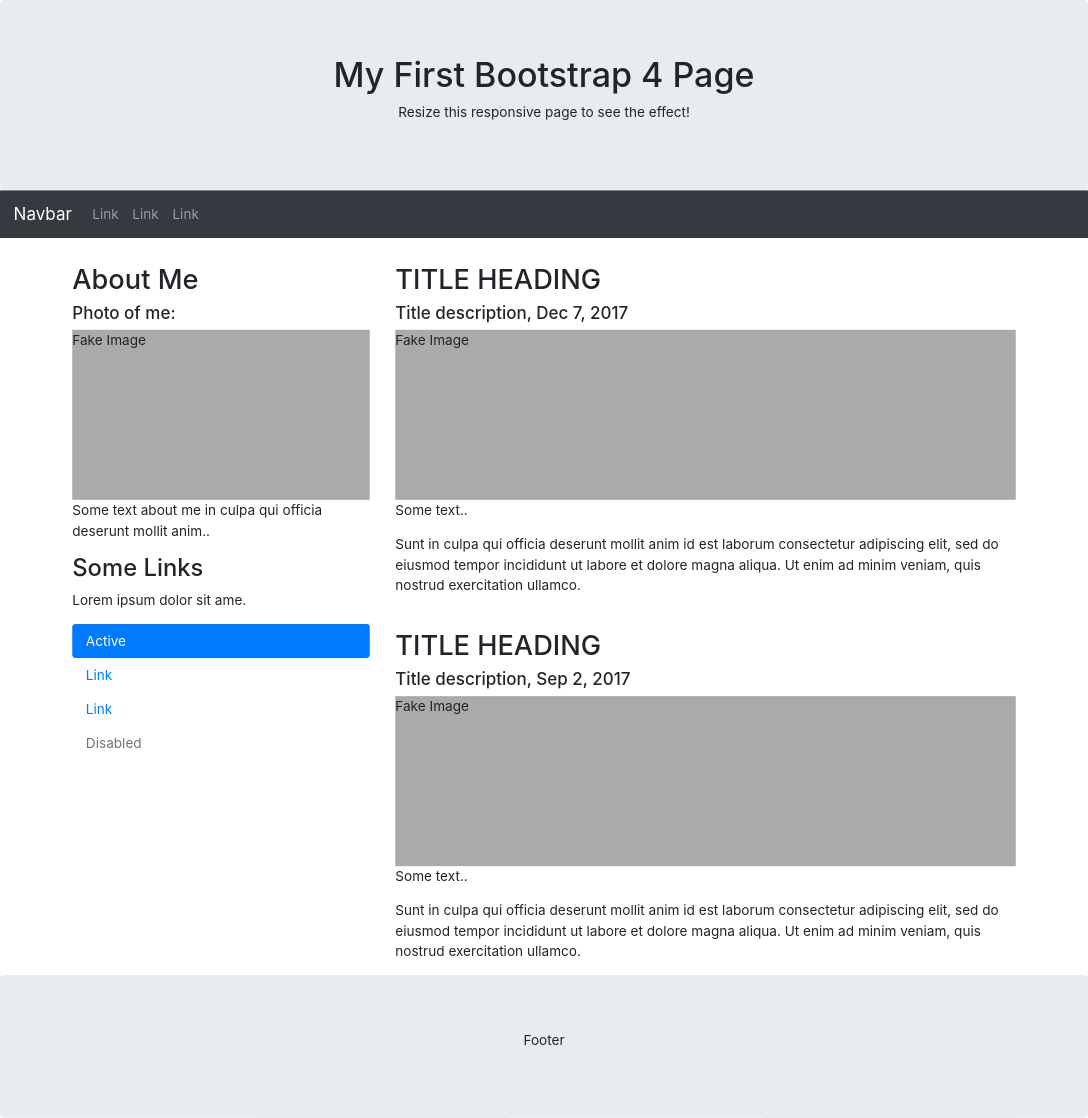
Repository: MVaishnavi27/cognizant
Page: BootstrapMain/WebContent/bootstrap/TemplateBS.html
The author's editor kept a copy of each file at every save. The page is drawn from the files as they stood at one save, then again after the next save.
The browser window is 1280 px wide. The pictures show the whole page, at 85% of full size.

Above is the page before, as saved 2020-01-18 10:56:44.

### BootstrapMain/WebContent/bootstrap/TemplateBS.html
<!DOCTYPE html>
<html lang="en">
<head>
  <title>Bootstrap 4 Website Example</title>
  <meta charset="utf-8">
  <meta name="viewport" content="width=device-width, initial-scale=1">
  <link rel="stylesheet" href="https://maxcdn.bootstrapcdn.com/bootstrap/4.4.1/css/bootstrap.min.css">
  <script src="https://ajax.googleapis.com/ajax/libs/jquery/3.4.1/jquery.min.js"></script>
  <script src="https://cdnjs.cloudflare.com/ajax/libs/popper.js/1.16.0/umd/popper.min.js"></script>
  <script src="https://maxcdn.bootstrapcdn.com/bootstrap/4.4.1/js/bootstrap.min.js"></script>
  <style>
  .fakeimg {
    height: 200px;
    background: #aaa;
  }
  </style>
</head>
<body>

<div class="jumbotron text-center" style="margin-bottom:0">
  <h1>My First Bootstrap 4 Page</h1>
  <p>Resize this responsive page to see the effect!</p>
</div>

<nav class="navbar navbar-expand-sm bg-dark navbar-dark">
  <a class="navbar-brand" href="#">Navbar</a>
  <button class="navbar-toggler" type="button" data-toggle="collapse" data-target="#collapsibleNavbar">
    <span class="navbar-toggler-icon"></span>
  </button>
  <div class="collapse navbar-collapse" id="collapsibleNavbar">
    <ul class="navbar-nav">
      <li class="nav-item">
        <a class="nav-link" href="#">Link</a>
      </li>
      <li class="nav-item">
        <a class="nav-link" href="#">Link</a>
      </li>
      <li class="nav-item">
        <a class="nav-link" href="#">Link</a>
      </li>
    </ul>
  </div>
</nav>

<div class="container" style="margin-top:30px">
  <div class="row">
    <div class="col-sm-4">
      <h2>About Me</h2>
      <h5>Photo of me:</h5>
      <div class="fakeimg">Fake Image</div>
      <p>Some text about me in culpa qui officia deserunt mollit anim..</p>
      <h3>Some Links</h3>
      <p>Lorem ipsum dolor sit ame.</p>
      <ul class="nav nav-pills flex-column">
        <li class="nav-item">
          <a class="nav-link active" href="#">Active</a>
        </li>
        <li class="nav-item">
          <a class="nav-link" href="#">Link</a>
        </li>
        <li class="nav-item">
          <a class="nav-link" href="#">Link</a>
        </li>
        <li class="nav-item">
          <a class="nav-link disabled" href="#">Disabled</a>
        </li>
      </ul>
      <hr class="d-sm-none">
    </div>
    <div class="col-sm-8">
      <h2>TITLE HEADING</h2>
      <h5>Title description, Dec 7, 2017</h5>
      <div class="fakeimg">Fake Image</div>
      <p>Some text..</p>
      <p>Sunt in culpa qui officia deserunt mollit anim id est laborum consectetur adipiscing elit, sed do eiusmod tempor incididunt ut labore et dolore magna aliqua. Ut enim ad minim veniam, quis nostrud exercitation ullamco.</p>
      <br>
      <h2>TITLE HEADING</h2>
      <h5>Title description, Sep 2, 2017</h5>
      <div class="fakeimg">Fake Image</div>
      <p>Some text..</p>
      <p>Sunt in culpa qui officia deserunt mollit anim id est laborum consectetur adipiscing elit, sed do eiusmod tempor incididunt ut labore et dolore magna aliqua. Ut enim ad minim veniam, quis nostrud exercitation ullamco.</p>
    </div>
  </div>
</div>

<div class="jumbotron text-center" style="margin-bottom:0">
  <p>Footer</p>
</div>

</body>
</html>

After the next save:
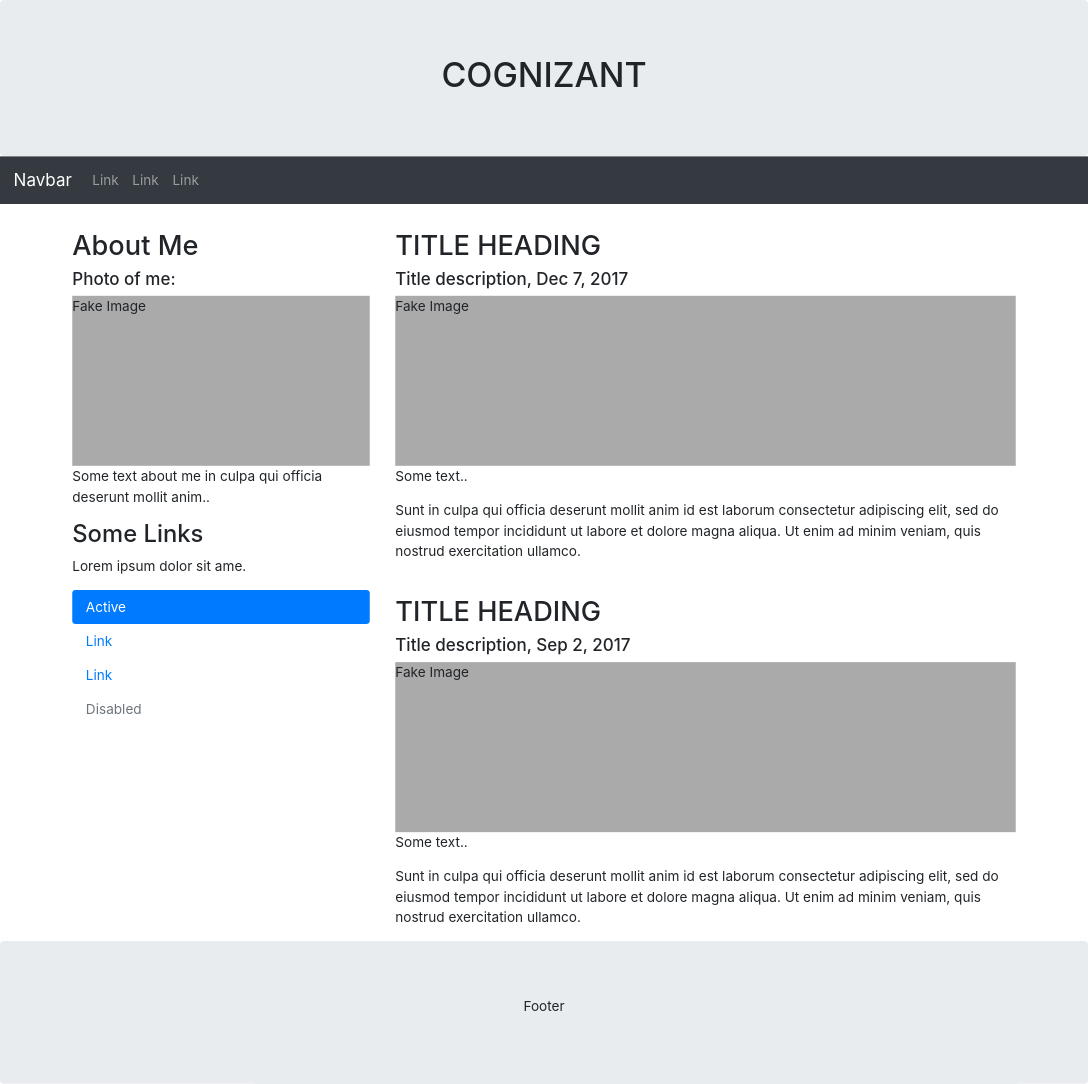
Saved 82 s later.
--- a/BootstrapMain/WebContent/bootstrap/TemplateBS.html
+++ b/BootstrapMain/WebContent/bootstrap/TemplateBS.html
@@ -18,8 +18,7 @@
 <body>
 
 <div class="jumbotron text-center" style="margin-bottom:0">
-  <h1>My First Bootstrap 4 Page</h1>
-  <p>Resize this responsive page to see the effect!</p>
+  <h1>COGNIZANT</h1>
 </div>
 
 <nav class="navbar navbar-expand-sm bg-dark navbar-dark">
